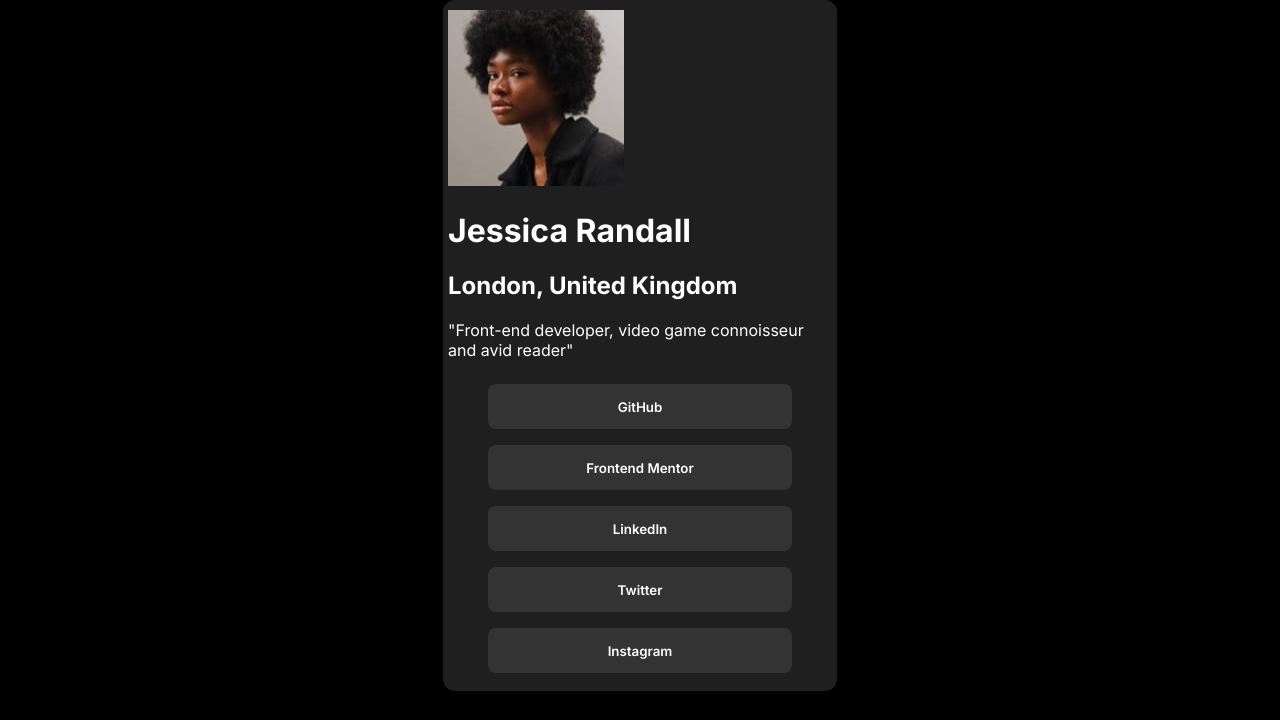
Repository: brandontaylor1/social-links-profile
Page: index.html
An editor plug-in stored every save of this project. The page is shown before and after the next save, followed by the edit.
The browser window is 1280 px wide. The pictures show the whole page.

Above is the page before, as saved 2024-12-25 17:14:44.

### index.html
<!DOCTYPE html>
<html lang="en">
<head>
    <meta charset="UTF-8">
    <meta name="viewport" content="width=device-width, initial-scale=1.0">
    <link rel="preconnect" href="https://fonts.googleapis.com">
    <link rel="preconnect" href="https://fonts.gstatic.com" crossorigin>
    <link href="https://fonts.googleapis.com/css2?family=Inter:ital,opsz,wght@0,14..32,100..900;1,14..32,100..900&display=swap" rel="stylesheet">
    <link rel="stylesheet" href="styles.css">
    <title>Social Links Profile</title>
</head>
<body>
    <main class="container">
        <div class="profile-content">
            <div class="img-container">
                <img src="./images/avatar-jessica.jpeg" alt="profile-pic">
            </div>
            <div class="profile-text">
                <h1>Jessica Randall</h1>
                <h2>London, United Kingdom</h2>
            </div>
            <p>"Front-end developer, video game connoisseur and avid reader"</p>
        </div>
        <div class="social-link-button-container">
            <button class="social-link-button"><a href="#">GitHub</a></button>
            <button class="social-link-button"><a href="#">Frontend Mentor</a></button>
            <button class="social-link-button"><a href="#">LinkedIn</a></button>
            <button class="social-link-button"><a href="#">Twitter</a></button>
            <button class="social-link-button"><a href="#">Instagram</a></button>
        </div>
    </main>

    <script src="index.js"></script>
</body>
</html>

### styles.css
:root {
    --gray-900: #141414;
    --gray-800: #1F1F1F;
    --gray-700: #333333;

    --color-white: #FFFFFF;
    --color-black: #000000;

    --color-green: #C4F82A;

}

body {
    box-sizing: border-box;
    margin: 0;
    padding: 0;
    background-color: black;
    display: flex;
    justify-content: center;
    align-items: center;
    font-family: "Inter", sans-serif;
    background-color: var(--color-black);
}

.container {
    background-color: var(--gray-800);
    color: var(--color-white);
    display: flex;
    flex-direction: column;
    justify-content: center;
    align-items: center;
    border-radius: 12px;
    padding: 40px 5px;
    width: 384px;
    height: 611px;
}

.social-link-button-container {
    display: flex;
    flex-direction: column;
    justify-content: center;
    align-items: center;

}

.social-link-button {
    width: 304px;
    height: 45px;
    background-color: var(--gray-700);
    color: var(--color-white);
    border: none;
    border-radius: 8px;
    margin: 8px;
    font-family: "Inter", sans-serif;
    font-weight: 600;

}

.social-link-button:hover {
    background-color: var(--color-green);

}


a {
    text-decoration: none;
    color: var(--color-white);
}

Loaded but not shown: index.js (no stored copy; drawn as an empty file)

After the next save:
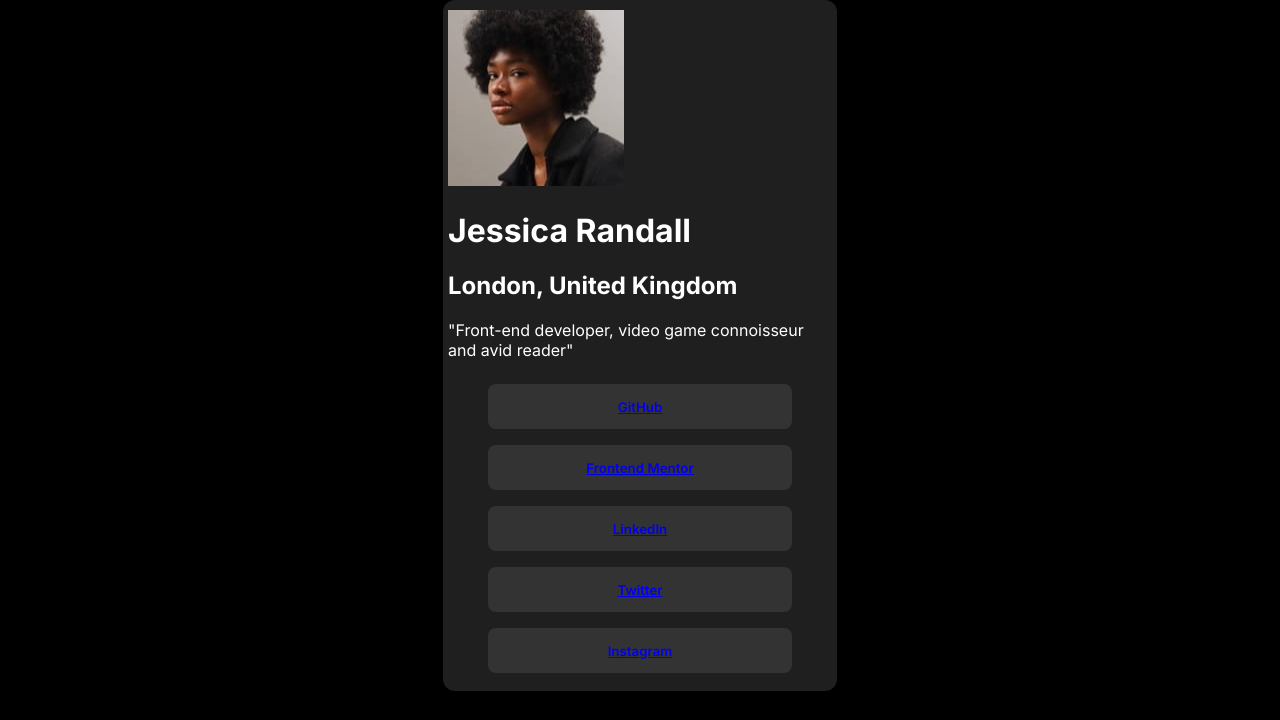
Saved 25 s later.
--- a/styles.css
+++ b/styles.css
@@ -60,9 +60,3 @@ body {
     background-color: var(--color-green);
 
 }
-
-
-a {
-    text-decoration: none;
-    color: var(--color-white);
-}
